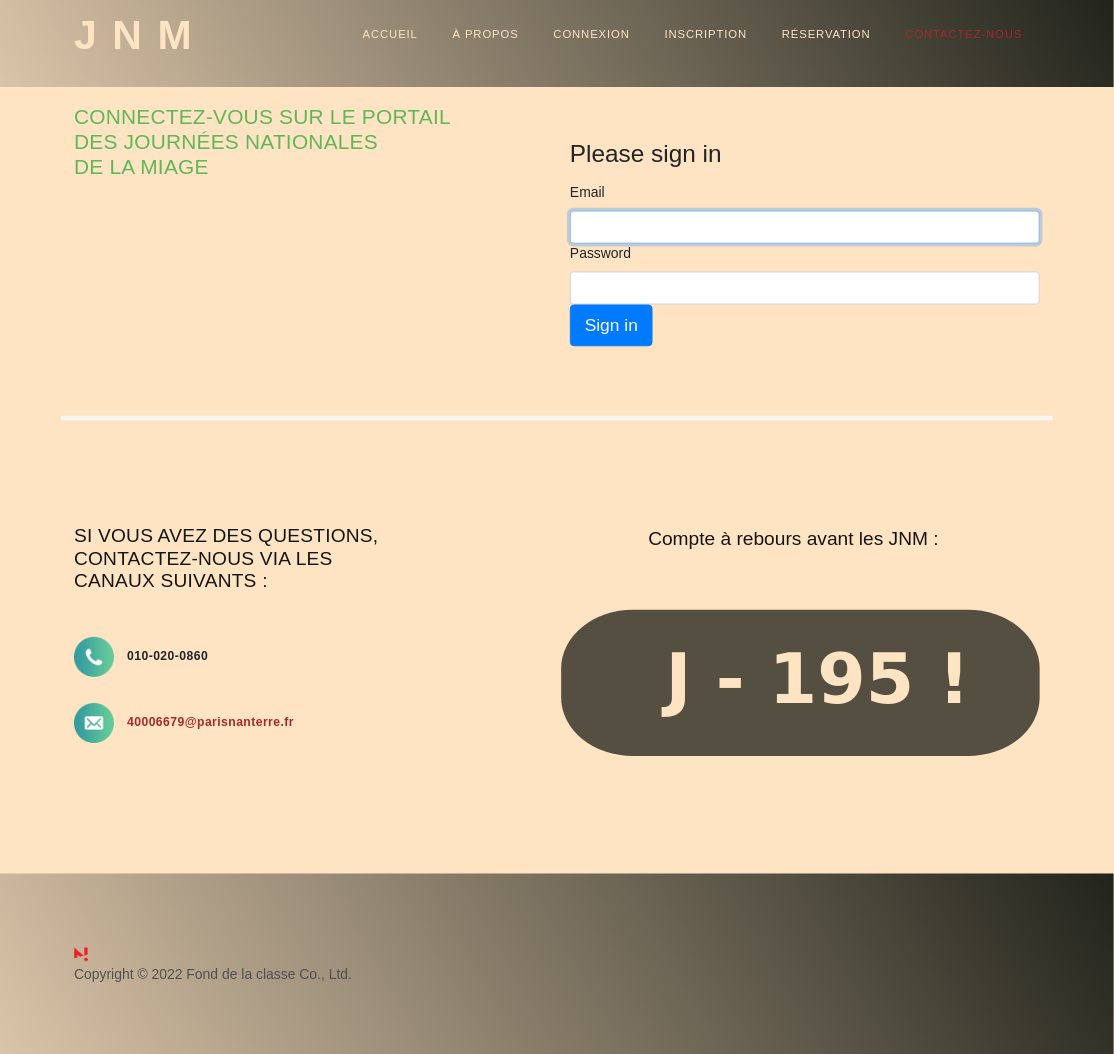
Repository: RiadNadri/ProjetWeb2022
Page: templates/security/connexion.html.twig
These files come from the project's save history. The page is drawn as it stood at one moment and after the next save; the edit follows.
The browser window is 1280 px wide. The pictures show the whole page, at 87% of full size.
Some web fonts or font styles are not loaded; a fallback is used. The page is a Twig template of a Symfony application; nobody is signed in and links lead nowhere. The template is opened directly, without the code that normally fills it, so the values that code supplies are empty.

Above is the page before, as saved 2022-12-05 11:22:45.

### templates/security/connexion.html.twig
{% extends 'base.html.twig' %}

{% block title %}Connexion{% endblock %}

{% block body %}
<form method="post">
    {% if error %}
        <div class="alert alert-danger">{{ error.messageKey|trans(error.messageData, 'security') }}</div>
    {% endif %}

    {% if app.user %}
        <div class="mb-3">
            You are logged in as {{ app.user.userIdentifier }}, <a href="{{ path('app_logout') }}">Logout</a>
        </div>
    {% endif %}

    <section class="section" id="about">
        <div class="container">
            <div class="row">
                <div class="col-lg-6 col-md-6 col-xs-12">
                    <div class="left-text-content">
                        <div class="section-heading">
                            <h6>Connectez-vous sur le portail<br>des Journées Nationales <br>de la MIAGE</h6>
                        </div>

                    </div>

                </div>

                <div class="col-lg-6 col-md-6 col-xs-12">
                    <div class="right-text-content">
                        <h1 class="h3 mb-3 font-weight-normal">Please sign in</h1>
                        <label for="inputEmail">Email</label>
                        <input type="email" value="{{ last_username }}" name="email" id="inputEmail" class="form-control" autocomplete="email" required autofocus>
                        <label for="inputPassword">Password</label>
                        <input type="password" name="password" id="inputPassword" class="form-control" autocomplete="current-password" required>

                        <input type="hidden" name="_csrf_token"
                            value="{{ csrf_token('authenticate') }}"
                        >

    {#
        Uncomment this section and add a remember_me option below your firewall to activate remember me functionality.
        See https://symfony.com/doc/current/security/remember_me.html

        <div class="checkbox mb-3">
            <label>
                <input type="checkbox" name="_remember_me"> Remember me
            </label>
        </div>
    #}

                        <button class="btn btn-lg btn-primary" type="submit">
                                Sign in
                        </button>
                    </div>
                </div>
            </div>
        </div>
    </section>
</form>
{% endblock %}

### templates/base.html.twig
<!DOCTYPE html>
<html>
    <head>
        <meta charset="UTF-8">
        <title>{% block title %}{% endblock %} - JNM</title>
        <meta name="viewport" content="width=device-width, initial-scale=1, shrink-to-fit=no">
        <meta name="description" content="">
        <meta name="author" content="">
        <link href="https://fonts.googleapis.com/css?family=Raleway:100,200,300,400,500,600,700,800,900&display=swap" rel="stylesheet">
        <link rel="shortcut icon" type= "image/png" href="{{ asset('img/favicon.png')}}" />

        {# Run `composer require symfony/webpack-encore-bundle` to start using Symfony UX #}

        <link rel="stylesheet" href="{{ asset('assets/css/bootstrap.min.css')}}">
        <link rel="stylesheet" href="{{ asset('assets/css/templatemo-breezed (1).css')}}">

        {% block stylesheets %}{% endblock %}

        {% block javascripts %}{% endblock %}
    </head>
    <body>

        <header class="header-area header-sticky">
        <div class="container">
            <div class="row">
                <div class="col-12">
                    <nav class="main-nav">
                        <!-- ***** Logo Start ***** -->
                        <a href="{{path('app_accueil')}}" class="logo">
                            JNM
                        </a>
                        <!-- ***** Logo End ***** -->
                        <!-- ***** Menu Start ***** -->
                        <ul class="nav">
                            <li class="scroll-to-section"><a href="{{path('app_accueil')}}" >Accueil</a></li>
                            <li class="scroll-to-section"><a href="#about">À propos</a></li>
                            <li class="scroll-to-section"><a href="{{path('app_connexion')}}">Connexion</a></li>
                            <li class="scroll-to-section"><a href="{{path('app_inscription')}}">Inscription</a></li>
                            <li class="scroll-to-section"><a href="#réservation">Réservation</a></li>
                            <li class="scroll-to-section"><a href="#contact-us" class="active">Contactez-Nous</a></li>


                        </ul>

                        <!-- ***** Menu End ***** -->
                    </nav>
                </div>
            </div>
        </div>
    </header>

    {% block body %}
    <section class="section" id="about">
        <div class="container">
            <div class="row">
                <div class="col-lg-6 col-md-6 col-xs-12">
                    <div class="left-text-content">
                        <div class="section-heading">
                            <h6>À propos des Journées Nationales de la MIAGE</h6>
                            <h2>Certains de nos partenaires</h2>
                        </div>
                        <div class="row">
                            <div class="col-md-6 col-sm-6">
                                <div class="service-item">
                                    <a href="https://pepsi.fr/" rel ="nofollow noopener" target="_blank"> <img src="{{ asset('img/Pepsi-Logo-PNG-Pic.png')}}" alt=""> </a>
                                    <h4><a rel="nofollow noopener" href="https://pepsi.fr/" target="_blank">Pepsi</a></h4>
                                </div>
                            </div>
                            <div class="col-md-6 col-sm-6">
                                <div class="service-item">
                                    <a href="https://www.beinsports.com/france/" rel ="nofollow noopener" target="_blank"> <img src="{{ asset('img/Bein_sport_logo.png')}}" alt=""> </a>
                                    <h4><a rel="nofollow noopener" href="https://www.beinsports.com/france/" target="_blank">BeIn Sport</a></h4>
                                </div>
                            </div>
                            <div class="col-md-6 col-sm-6">
                                <div class="service-item">
                                    <a href="https://www.canalplus.com/" rel ="nofollow noopener" target="_blank"> <img src="{{ asset('img/canal-logo-png-transparent.png')}}" alt=""> </a>
                                    <h4><a rel="nofollow noopener" href="https://www.canalplus.com/" target="_blank">Canal +</a></h4>
                                </div>
                            </div>
                            <div class="col-md-6 col-sm-6">
                                <div class="service-item">
                                    <a href="https://www.wwf.fr/" rel ="nofollow noopener" target="_blank"> <img src="{{ asset('img/panda.png')}}" alt=""> </a>
                                    <h4><a rel="nofollow noopener" href="https://www.wwf.fr/" target="_blank">WWF</a></h4>
                                </div>
                            </div>
                            <div class="col-md-12">
                                <a href="#" class="main-button-icon">
                                    En savoir plus
                                </a>
                            </div>
                        </div>
                    </div>
                </div>
                <div class="col-lg-6 col-md-6 col-xs-12">
                    <div class="right-text-content">
                        <p>Les Journées Nationales de la Miage sont organisées par <a rel="nofollow noopener" href="https://www.parisnanterre.fr/" target="_blank">L'Université Paris Nanterre</a> en 2023.
                        <br><br>Définition des JNM lorem ipsum lorem ipsum lorem ipsum lorem ipsum lorem ipsum lorem ipsum lorem ipsum lorem ipsum lorem ipsum lorem ipsum lorem ipsum.
                      <br><br>This is a Bootstrap v4.3.1 CSS layout. Do you like it? You can feel free to <a rel="nofollow noopener" href="https://templatemo.com/contact" target="_blank">talk to us</a> if you have anything.</p>
                    </div>
                </div>
            </div>
        </div>
    </section>

    <section class="section" id="features">
        <div class="container">
            <div class="row">
                <div class="col-lg-4 col-md-6 col-sm-12 col-xs-12" data-scroll-reveal="enter left move 30px over 0.6s after 0.4s">
                    <div class="features-item">
                        <div class="features-icon">
                            <img src="{{ asset('img/Icone.png')}}" height="30px" width="30px" alt="">
                        </div>
                        <div class="features-content">
                            <h4>Le campus de Nanterre</h4>
                            <p>Proin euismod sem ut diam ultricies, ut faucibus velit ultricies. Nam eu turpis quam. Duis ac condimentum eros.</p>
                            <a href="https://www.parisnanterre.fr/" target="_blank" class="text-button-icon">
                                En savoir plus
                            </a>
                        </div>
                    </div>
                </div>
                <div class="col-lg-4 col-md-6 col-sm-12 col-xs-12" data-scroll-reveal="enter bottom move 30px over 0.6s after 0.4s">
                    <div class="features-item">
                        <div class="features-icon">
                            <img src="{{ asset('img/miage.png')}}" height="30px" width="30px" alt="">
                        </div>
                        <div class="features-content">
                            <h4>La Miage de Nanterre</h4>
                            <p>Proin euismod sem ut diam ultricies, ut faucibus velit ultricies. Nam eu turpis quam. Duis ac condimentum eros.</p>
                            <a href="#" class="text-button-icon">
                                En savoir plus
                            </a>
                        </div>
                    </div>
                </div>
                <div class="col-lg-4 col-md-6 col-sm-12 col-xs-12" data-scroll-reveal="enter right move 30px over 0.6s after 0.4s">
                    <div class="features-item">
                        <div class="features-icon">
                            <img src="{{ asset('img/eiffel.png')}}" height="50px" width="50px"alt="">
                        </div>
                        <div class="features-content">
                            <h4>Le séjour à Paris</h4>
                            <p>Proin euismod sem ut diam ultricies, ut faucibus velit ultricies. Nam eu turpis quam. Duis ac condimentum eros.</p>
                            <a href="#" class="text-button-icon">
                                En savoir plus
                            </a>
                        </div>
                    </div>
                </div>
            </div>
        </div>
    </section>
    {% endblock %}


    <!-- ***** Contact Us Area Starts ***** -->
    <section class="section" id="contact-us">
        <div class="container">
            <div class="row">
                <div class="col-lg-4 col-md-4 col-xs-12">
                    <div class="left-text-content">
                        <div class="section-heading">
                            <h6>Si vous avez des questions, Contactez-nous via les canaux suivants :</h6>
                        </div>
                        <ul class="contact-info">
                            <li><img src="{{ asset('img/contact-info-01.png')}}" alt="">010-020-0860</li>
                            <li><img src="{{ asset('img/contact-info-02.png')}}" alt=""><a href="mailto:40006679@parisnanterre.fr">40006679@parisnanterre.fr</a></li>
                        </ul>
                    </div>
                </div>

                <div class="col-lg-8 col-md-6 col-xs-12">
                    <div class="section-heading">
                        <h7>Compte à rebours avant les JNM :</h7>
                    </div>
                    <div class="cpt">

                        <label id="Compte"></label>
                            <script type="text/javascript" >
                                var Affiche=document.getElementById("Compte");
                                function Rebour() {
                                 var date1 = new Date();
                                 var date2 = new Date ("Jun 1, 2023 00:00:00");
                                 var sec = (date2 - date1) / 1000;
                                 var n = 24 * 3600;
                                 if (sec > 0) {
                                        j = Math.floor (sec / n);
                                        Affiche.innerHTML = "J - " + j + " !";
                                 }
                                 tRebour=setTimeout ("Rebour();", 1000);
                                }
                             Rebour();
                            </script>

                    </div>
                </div>

            </div>
        </div>
    </section>


    </body>


    <!-- ***** Footer Start ***** -->
    <footer>
        <div class="container">
            <div class="row">
                <div class="col-lg-6 col-xs-12">
                    <div class="left-text-content">
                        <a rel="nofollow noopener" href="https://www.parisnanterre.fr/" target="_blank"><img src="{{ asset('img/Icone.png')}}" alt=""><br>Copyright &copy; 2022 Fond de la classe Co., Ltd. </a>
                    </div>
                </div>

            </div>
        </div>
    </footer>
</html>

Loaded but not shown: public/assets/css/bootstrap.min.css (library); public/assets/css/templatemo-breezed (1).css (908 lines, source omitted)

After the next save:
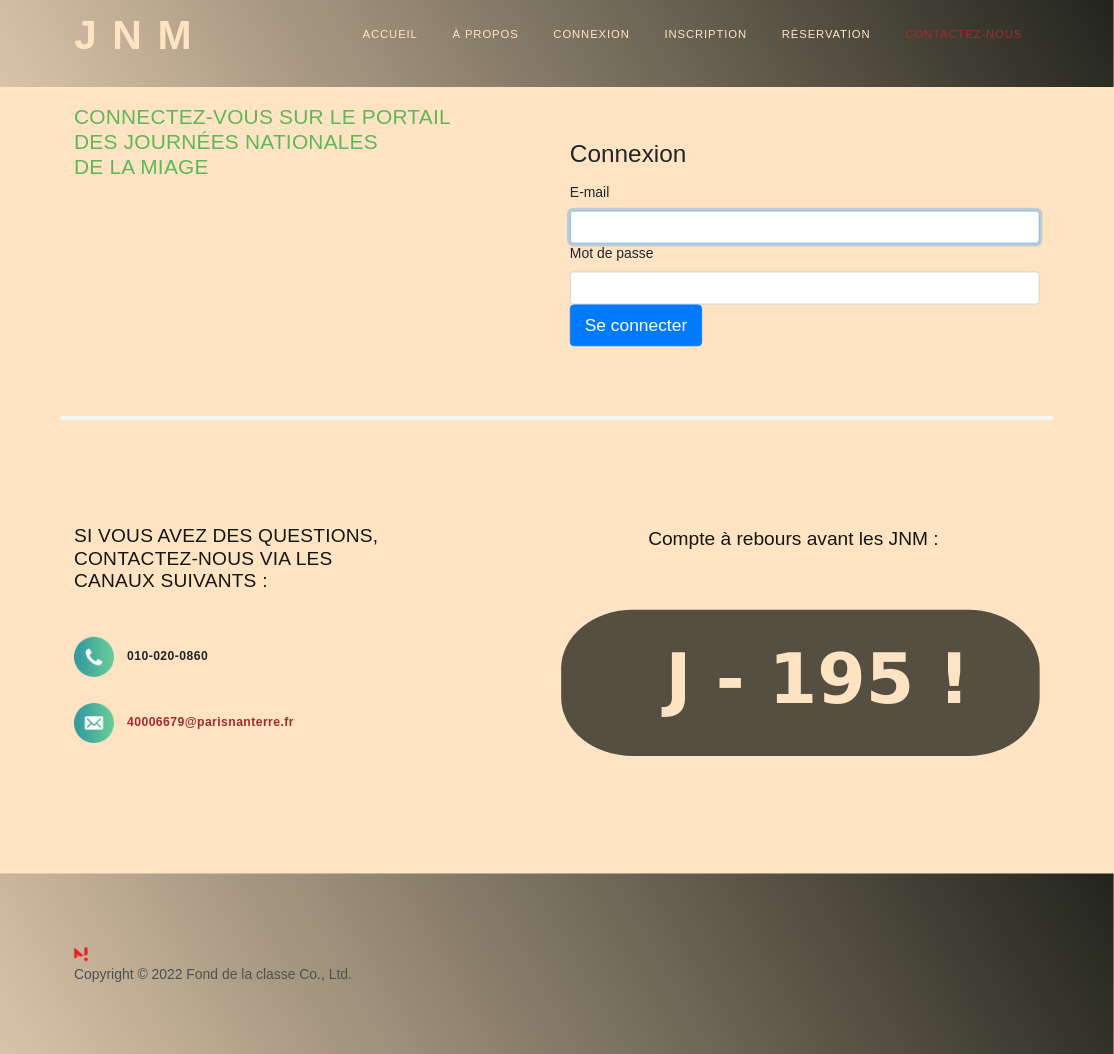
Saved 45 s later.
--- a/templates/security/connexion.html.twig
+++ b/templates/security/connexion.html.twig
@@ -29,10 +29,10 @@
 
                 <div class="col-lg-6 col-md-6 col-xs-12">
                     <div class="right-text-content">
-                        <h1 class="h3 mb-3 font-weight-normal">Please sign in</h1>
-                        <label for="inputEmail">Email</label>
+                        <h1 class="h3 mb-3 font-weight-normal">Connexion</h1>
+                        <label for="inputEmail">E-mail</label>
                         <input type="email" value="{{ last_username }}" name="email" id="inputEmail" class="form-control" autocomplete="email" required autofocus>
-                        <label for="inputPassword">Password</label>
+                        <label for="inputPassword">Mot de passe</label>
                         <input type="password" name="password" id="inputPassword" class="form-control" autocomplete="current-password" required>
 
                         <input type="hidden" name="_csrf_token"
@@ -51,7 +51,7 @@
     #}
 
                         <button class="btn btn-lg btn-primary" type="submit">
-                                Sign in
+                                Se connecter
                         </button>
                     </div>
                 </div>
